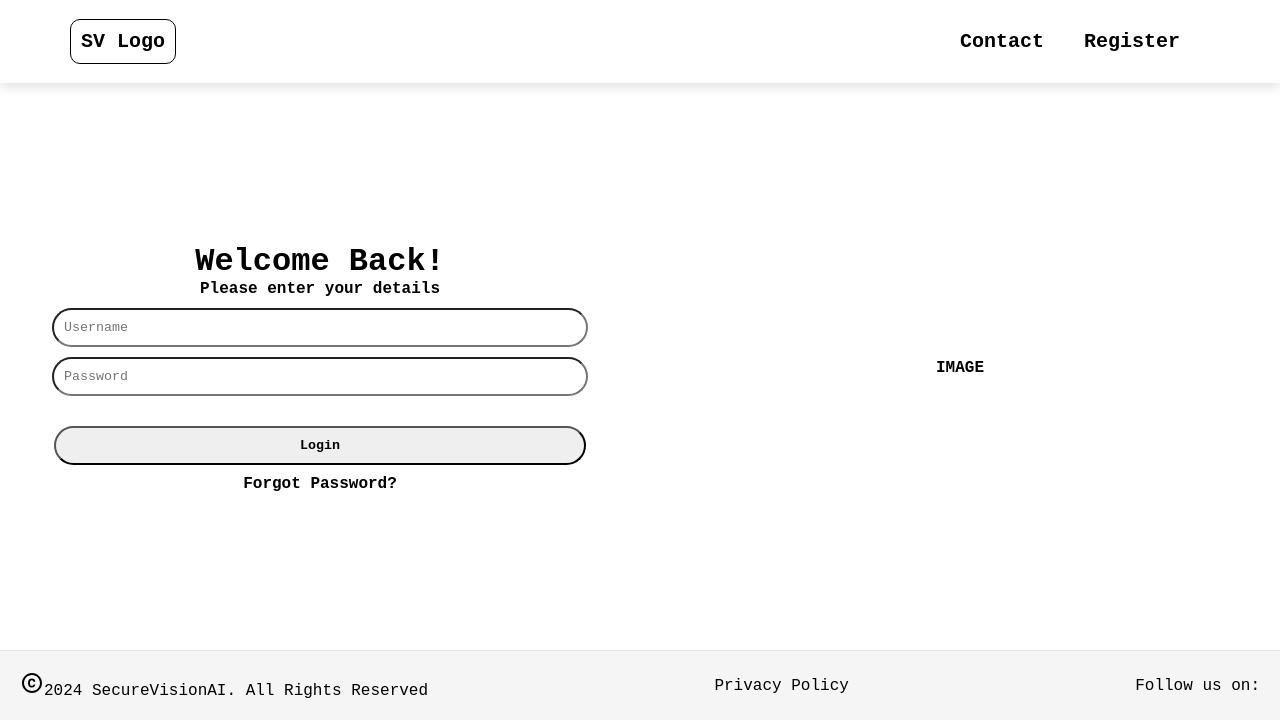
Repository: BuddhimaB/SecureVisionAI
Page: / (app in client/)
The author's editor kept a copy of each file at every save. The page is drawn from the files as they stood at one save, then again after the next save.
The browser window is 1280 px wide. The pictures show the whole page.
The project was rebuilt for these pictures with package versions that can differ from the ones it lists, and the page was loaded fresh each time.

Above is the page before, as saved 2024-07-13 19:51:41.

### client/public/index.html
<!DOCTYPE html>
<html lang="en">
  <head>
    <meta charset="utf-8" />
    <link rel="icon" href="%PUBLIC_URL%/favicon.ico" />
    <meta name="viewport" content="width=device-width, initial-scale=1" />

    <meta
      name="description"
      content="Web site created using create-react-app"
    />
    <link rel="preconnect" href="https://fonts.googleapis.com">
<link rel="preconnect" href="https://fonts.gstatic.com" crossorigin>
<link href="https://fonts.googleapis.com/css2?family=Roboto:ital,wght@0,100;0,300;0,400;0,500;0,700;0,900;1,100;1,300;1,400;1,500;1,700;1,900&display=swap" rel="stylesheet">
<link rel="stylesheet" href="style.css">
    <title>SecureVision App</title>
  </head>
  <body>
    <noscript>You need to enable JavaScript to run this app.</noscript>
    <div id="root"></div>

  </body>
</html>

### client/src/App.js
import Login from "./Pages/Login/login";
import {
  BrowserRouter as Router,
  Route,
  Routes,
  Navigate
} from 'react-router-dom';

function App() {
  return (
    <div className="App">
      <Router>
      <Routes>
        <Route path='/' element={<Navigate to='/login' />} />
        <Route path='/login' element={<Login />} />
      </Routes>
      </Router>

    </div>
  );
}

export default App;

### client/src/Pages/Login/login.jsx
import './Login.css'
import Topbar from '../../components/Topbar/Topbar'
import Bottom from '../../components/BottomDetails/Bottom'

export default function Login() {
  return (
    <div>
      <Topbar />
      <div className='feedContainer'>
        <div className="feedLeft">
          <h1>Welcome Back!</h1>
          <h4> Please enter your details</h4>
          <div className="inputField">
          <input
          className='inputField'
          type="text"
          placeholder="Username" />

          <input className='inputField'
          type="password"
          placeholder="Password" />
          </div>
          <button className="loginButton">Login</button>
          <span className='fogotPass'>Forgot Password?</span>
        </div>

        <div className="feedRight">
          <h4>IMAGE</h4>

        </div>
        </div>
        <Bottom />
    </div>
  )
}

### client/src/Pages/Login/Login.css
.feedContainer{
    display: flex;
    justify-content: center;
    align-items: center;
    height: calc(100vh - 150px);


}
.feedLeft{
    display: flex;
    flex-direction: column;
    justify-content: center;
    align-items: center;
    width: 50%;
    height: calc(100vh - 110px);

}
.inputField{
    display: flex;
    justify-content: center;
    align-items: center;
    flex-direction: column;
    margin-bottom: 10px;
    padding: 10px;
    border-radius: 40px;
    width: 80%;
}
.inputField > input{
    width: 100%;
    padding: 10px;


    margin-bottom: 10px;
}
.loginButton{
    padding: 10px;
    border-radius: 40px;
    width: 83%;

    color:black;
    font-weight: 700;
    cursor: pointer;
    margin-bottom: 10px;
}
.loginButton:hover{
    background-color: #9b1cc2;
    color:white
}
.fogotPass{
    font-weight: 700;
    cursor: pointer;

}
.fogotPass:hover{
    color: #9b1cc2;
    text-decoration: underline;
}
.feedRight{
    display: flex;
    justify-content: center;
    align-items: center;
    width: 50%;
    height: calc(100vh - 1100px);
    background-color: #fff;
}

### client/src/components/Topbar/Topbar.jsx
import './Topbar.css'

export default function Topbar() {
  return (
    <div className='topbarContainer'>
        <div className="topbarLeft">
            <span className="logo">SV Logo</span>
        </div>

        <div className="topbarRight">
            <div className="topbarLinks">
                <span className="topbarLink">Contact</span>
                <span className="topbarLink">Register</span>
            </div>

        </div>

    </div>
  )
}

### client/src/components/BottomDetails/Bottom.jsx
import './Bottom.css'
import CopyrightIcon from '@mui/icons-material/Copyright';
import FacebookIcon from '@mui/icons-material/Facebook';

export default function Bottom() {
  return (
    <div className='bottomContainer'>
        <div className='bottomLeft'>
            <CopyrightIcon />
            <span>2024 SecureVisionAI. All Rights Reserved</span>
        </div>
        <div className='bottomCenter'>
            <span>Privacy Policy</span>
        </div>
        <div className='bottomRight'>
            <span>Follow us on: </span>

        </div>
    </div>
  )
}

### client/src/components/Topbar/Topbar.css
.topbarContainer{
    display: flex;
    justify-content: space-between;
    align-items: center;
    top: 0;
    z-index: 999;
    padding: 30px;
    background-color: #fff;
    box-shadow: 0 5px 10px rgba(0, 0, 0, 0.1);
    position: sticky;
}
.logo{
    font-size: 20px;
    font-weight: 700;
    border: 1px solid #000;
    padding: 10px;
    border-radius: 10px;
    margin-left: 40px;
}
.topbarRight{
    display: flex;
    align-items: center;
    margin-right: 40px;

}
.topbarLink{
    margin-right: 20px;
    font-size: 20px;
    font-weight: 700;
    padding: 10px;
    border-radius: 10px;
    cursor: pointer;
}
.topbarLink:hover{
    background-color: #9b1cc2;
    color: white;
}

### client/src/components/BottomDetails/Bottom.css
.bottomContainer{
    display: flex;
    justify-content: space-between;
    align-items: center;
    position: sticky;
    bottom: 0;
    padding: 20px;

    background-color: #f5f5f5;
    border-top: 1px solid #e0e0e0;
}
.bottomCenter{
    display: flex;
    align-items: center;
    cursor: pointer;
}
.bottomCenter:hover{
    text-decoration: underline;
}

### client/public/style.css
*{
    margin: 0;
    font-family: 'Courier New', Courier, monospace;
}

Loaded but not shown: client/src/index.js (common file)

After the next save:
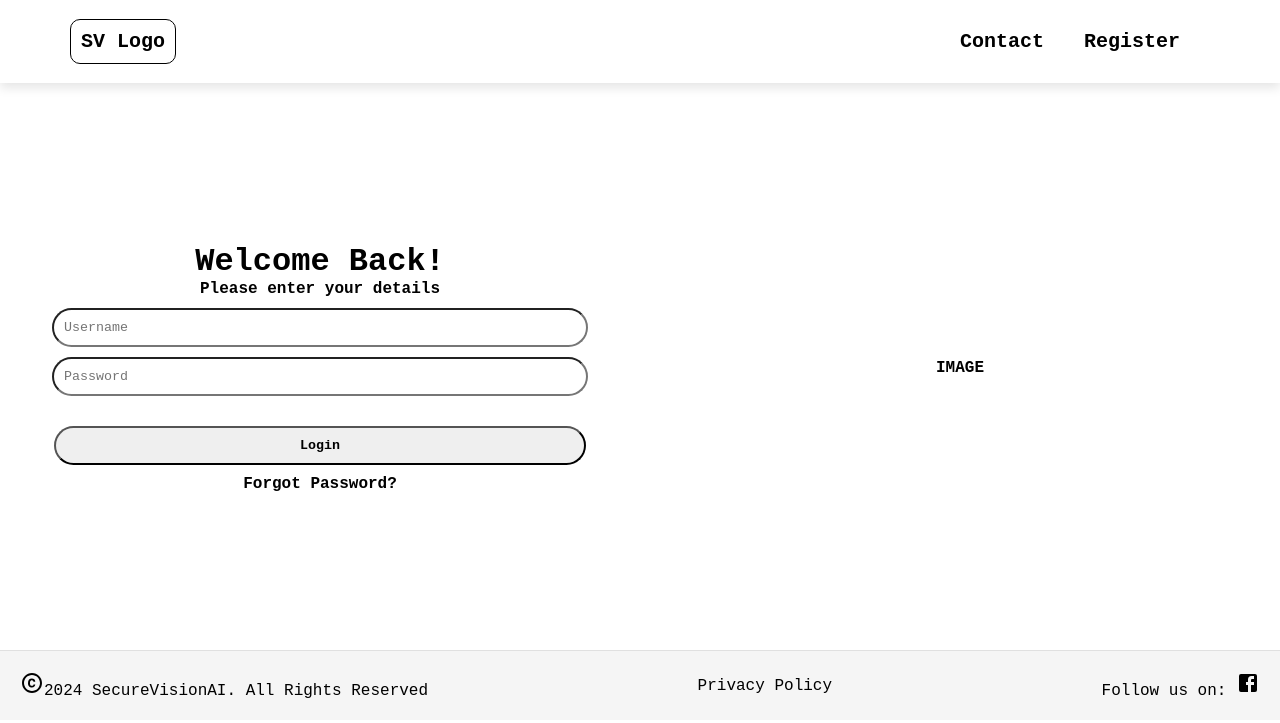
Saved 6 s later.
--- a/client/src/components/BottomDetails/Bottom.jsx
+++ b/client/src/components/BottomDetails/Bottom.jsx
@@ -15,6 +15,8 @@ export default function Bottom() {
         <div className='bottomRight'>
             <span>Follow us on: </span>
 
+            <FacebookIcon />
+
         </div>
     </div>
   )
